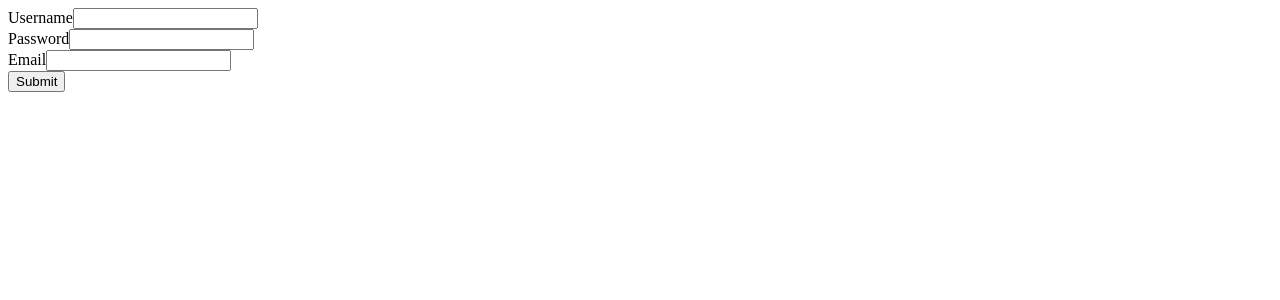
Repository: Wafaabahgat/Formik_React
Page: /
An editor plug-in stored every save of this project. The page is shown before and after the next save, followed by the edit.
The browser window is 1280 px wide. The pictures show the whole page.
The project was rebuilt for these pictures with package versions that can differ from the ones it lists, and the page was loaded fresh each time. Also part of the build but not shown: vite.config.ts.

Above is the page before, as saved 2024-02-13 20:32:27.

### src/App.tsx
// App.tsx
import React from 'react';
import RegistrationForm from './components/RegistrationForm';

const App: React.FC = () => {
  return (
    <div className="min-h-screen flex items-center justify-center bg-gray-100">
      <RegistrationForm />
    </div>
  );
};

export default App;

### src/components/RegistrationForm.jsx
// RegistrationForm.js
import React from "react";
import { useFormik } from "formik";
import * as Yup from "yup";


const RegistrationForm = () => {
  const formik = useFormik({
    initialValues: {
      username: "",
      password: "",
      email: "",
    },
    validationSchema: Yup.object({
      username: Yup.string()
        .min(8, "Username must be at least 8 characters")
        .max(20, "Username must be at most 20 characters")
        .required("Username is required"),
      password: Yup.string()
        .min(8, "Password must be at least 8 characters")
        .max(20, "Password must be at most 20 characters")
        .matches(
          /^(?=.*\d)(?=.*[a-z])(?=.*[A-Z])(?=.*[@#$%]).*$/,
          "Password must meet the criteria"
        )
        .required("Password is required"),
      email: Yup.string()
        .email("Invalid email address")
        .required("Email is required"),
    }),
    onSubmit: (values) => {
      // Handle form submission
      console.log(values);
    },
  });

  return (
    <div className="max-w-md mx-auto mt-8 p-6 bg-white rounded-md shadow-md">
      <form onSubmit={formik.handleSubmit}>
        <div className="mb-4">
          <label
            htmlFor="username"
            className="block text-gray-700 text-sm font-bold mb-2"
          >
            Username
          </label>
          <input
            type="text"
            id="username"
            name="username"
            onChange={formik.handleChange}
            onBlur={formik.handleBlur}
            value={formik.values.username}
            className={`w-full px-3 py-2 border ${
              formik.errors.username ? "border-red-500" : "border-gray-300"
            } rounded-md focus:outline-none focus:border-blue-500`}
          />
          {formik.touched.username && formik.errors.username && (
            <div className="text-red-500 text-xs mt-1">
              {formik.errors.username}
            </div>
          )}
        </div>

        <div className="mb-4">
          <label
            htmlFor="password"
            className="block text-gray-700 text-sm font-bold mb-2"
          >
            Password
          </label>
          <input
            type="password"
            id="password"
            name="password"
            onChange={formik.handleChange}
            onBlur={formik.handleBlur}
            value={formik.values.password}
            className={`w-full px-3 py-2 border ${
              formik.errors.password ? "border-red-500" : "border-gray-300"
            } rounded-md focus:outline-none focus:border-blue-500`}
          />
          {formik.touched.password && formik.errors.password && (
            <div className="text-red-500 text-xs mt-1">
              {formik.errors.password}
            </div>
          )}
        </div>

        <div className="mb-4">
          <label
            htmlFor="email"
            className="block text-gray-700 text-sm font-bold mb-2"
          >
            Email
          </label>
          <input
            type="email"
            id="email"
            name="email"
            onChange={formik.handleChange}
            onBlur={formik.handleBlur}
            value={formik.values.email}
            className={`w-full px-3 py-2 border ${
              formik.errors.email ? "border-red-500" : "border-gray-300"
            } rounded-md focus:outline-none focus:border-blue-500`}
          />
          {formik.touched.email && formik.errors.email && (
            <div className="text-red-500 text-xs mt-1">
              {formik.errors.email}
            </div>
          )}
        </div>

        <button
          type="submit"
          className="bg-blue-500 text-white px-4 py-2 rounded-md hover:bg-blue-600 focus:outline-none focus:shadow-outline-blue"
        >
          Submit
        </button>
      </form>
    </div>
  );
};

export default RegistrationForm;

Loaded but not shown: index.html (common file); src/main.tsx (common file)

After the next save:
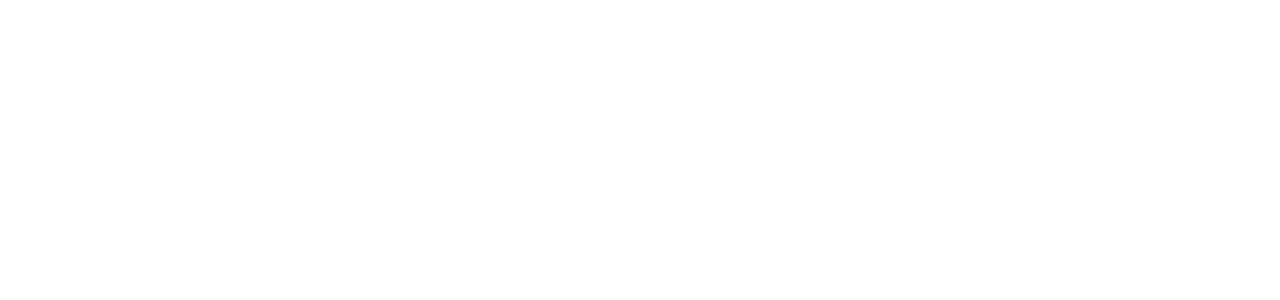
Console error: ReferenceError: RegistrationForm is not defined
Saved 5 s later.
--- a/src/App.tsx
+++ b/src/App.tsx
@@ -1,6 +1,5 @@
 // App.tsx
 import React from 'react';
-import RegistrationForm from './components/RegistrationForm';
 
 const App: React.FC = () => {
   return (

After the save that followed:
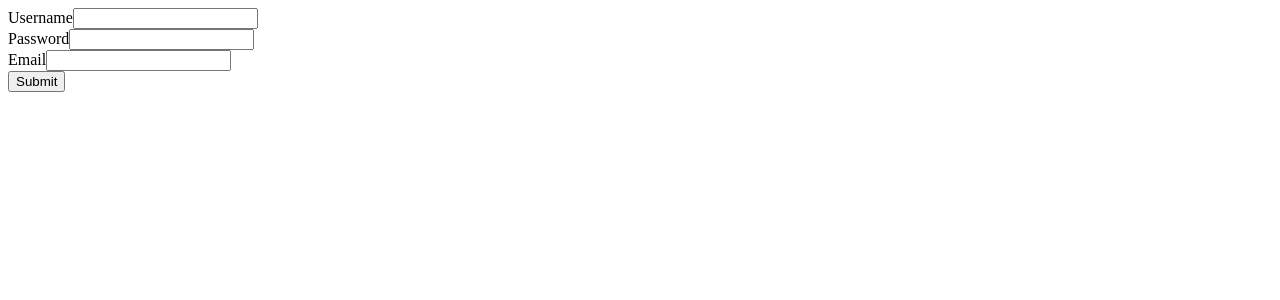
The error is gone.
Saved 7 s later.
--- a/src/App.tsx
+++ b/src/App.tsx
@@ -1,5 +1,6 @@
 // App.tsx
 import React from 'react';
+import RegistrationForm from './components/RegistrationForm';
 
 const App: React.FC = () => {
   return (
